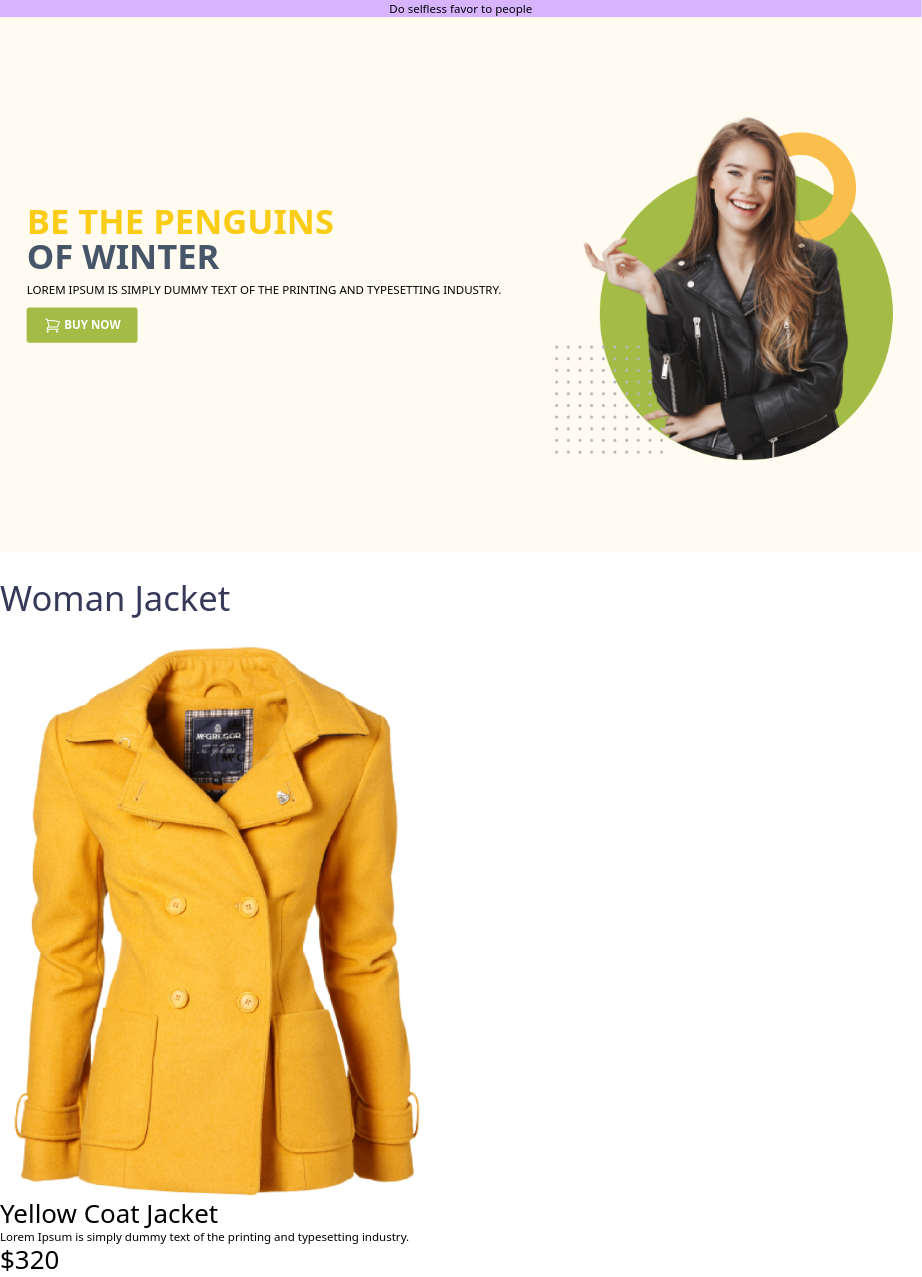
Repository: zjria/penguin-e-commerce-fashion
Page: index.html
An editor plug-in stored every save of this project. The page is shown before and after the next save, followed by the edit.
The browser window is 1280 px wide. The pictures show the whole page, at 72% of full size.
Some web libraries are served in a nearby version.

Above is the page before, as saved 2022-10-07 07:15:14.

After the next save:
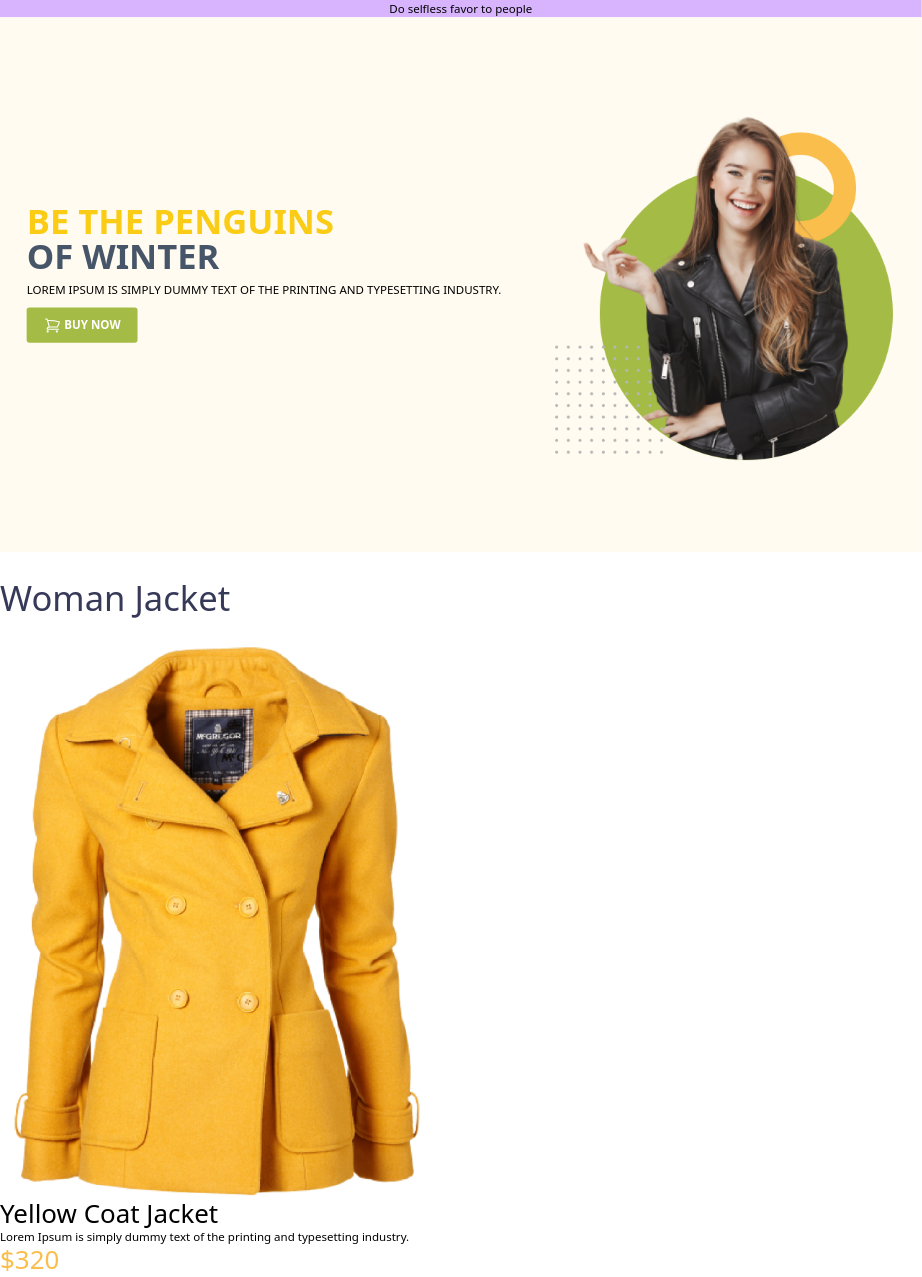
Saved 34 s later.
--- a/index.html
+++ b/index.html
@@ -69,7 +69,7 @@
                     <p>Lorem Ipsum is simply dummy text of the
                         printing and typesetting industry.</p>
                     <div class="price_button">
-                        <h3 class="text-4xl ">$320</h3>
+                        <h3 class="text-4xl text-price_color">$320</h3>
                     </div>
                 </div>
             </div>
